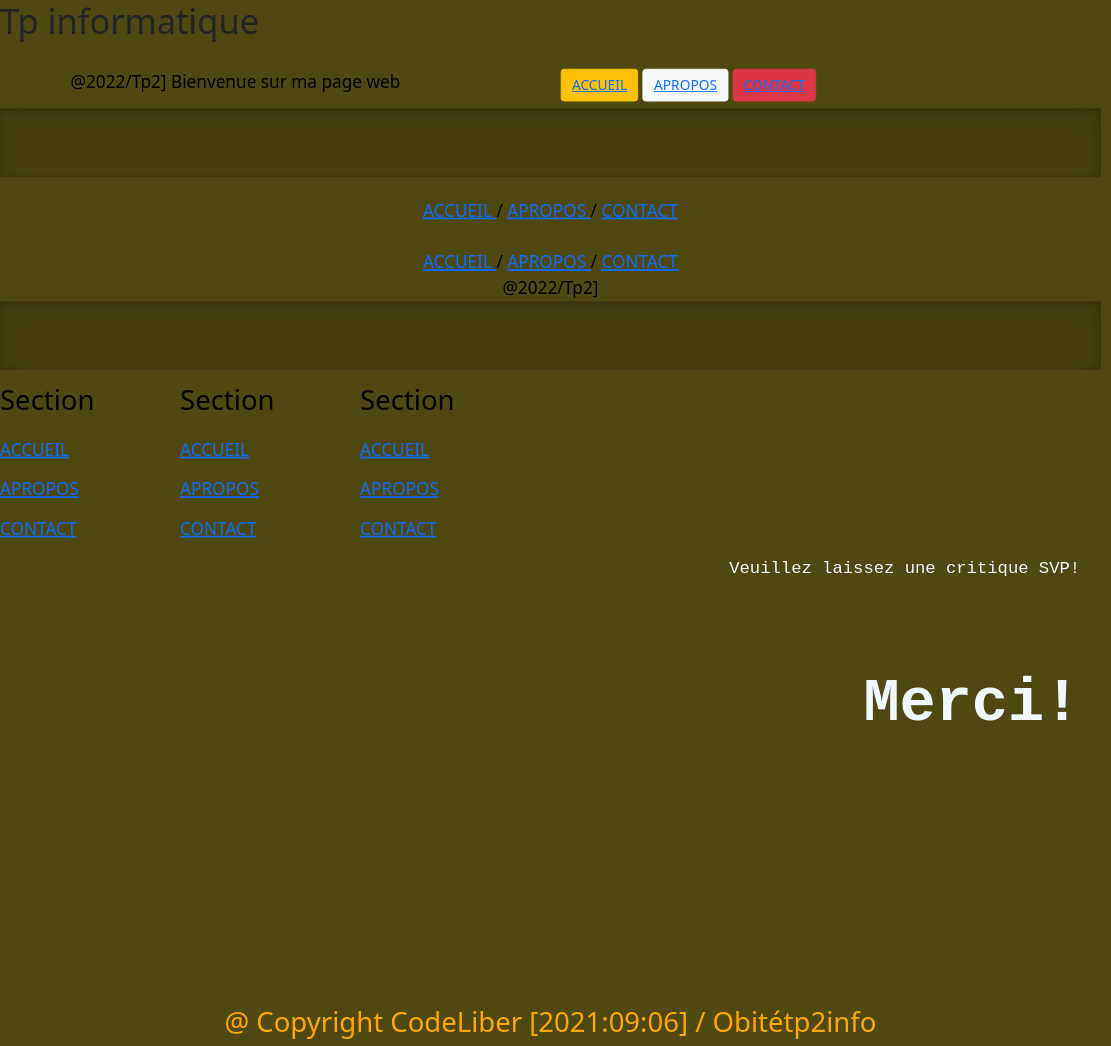
Repository: zezesylvain/cours-l3-info-2023-2024
Page: k.obite/Tp 2/Tp2/Index.html
An editor plug-in stored every save of this project. The page is shown before and after a run of saves, followed by the edit.
The browser window is 1280 px wide. The page is 1292 px wide, so the pictures cover 1292 px, including what lies to the right of the window. The pictures show the part of the page from y = 200 to 1446 px (the page is 1416 px tall before and 1446 px after), at 86% of full size.

Above is the page before, as saved 2021-12-15 11:12:15.

After the next 2 saves:
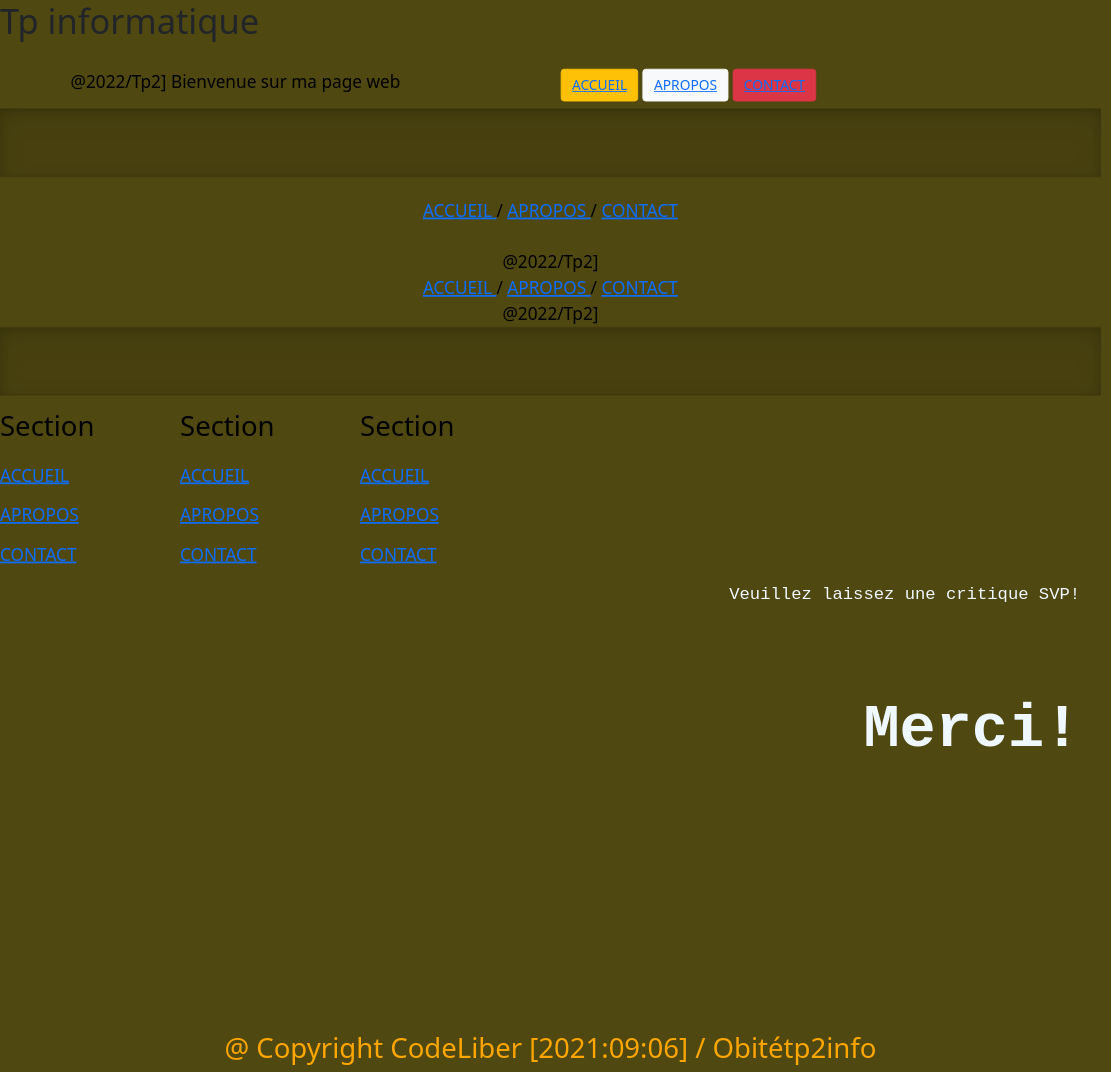
The 2 saves are shown as one change because they came seconds apart.
The last was saved 25 s later.
--- a/k.obite/Tp 2/Tp2/Index.html
+++ b/k.obite/Tp 2/Tp2/Index.html
@@ -53,7 +53,8 @@
            <a href="about.html"> APROPOS </a> /
            <a href="contact.html">  CONTACT </a>
          </div>
-         <div id="deco" class="col-md-12"> </div>
+         <div id="deco" class="col-md-12"> @2022/Tp2]
+         </div>
 
 
 
